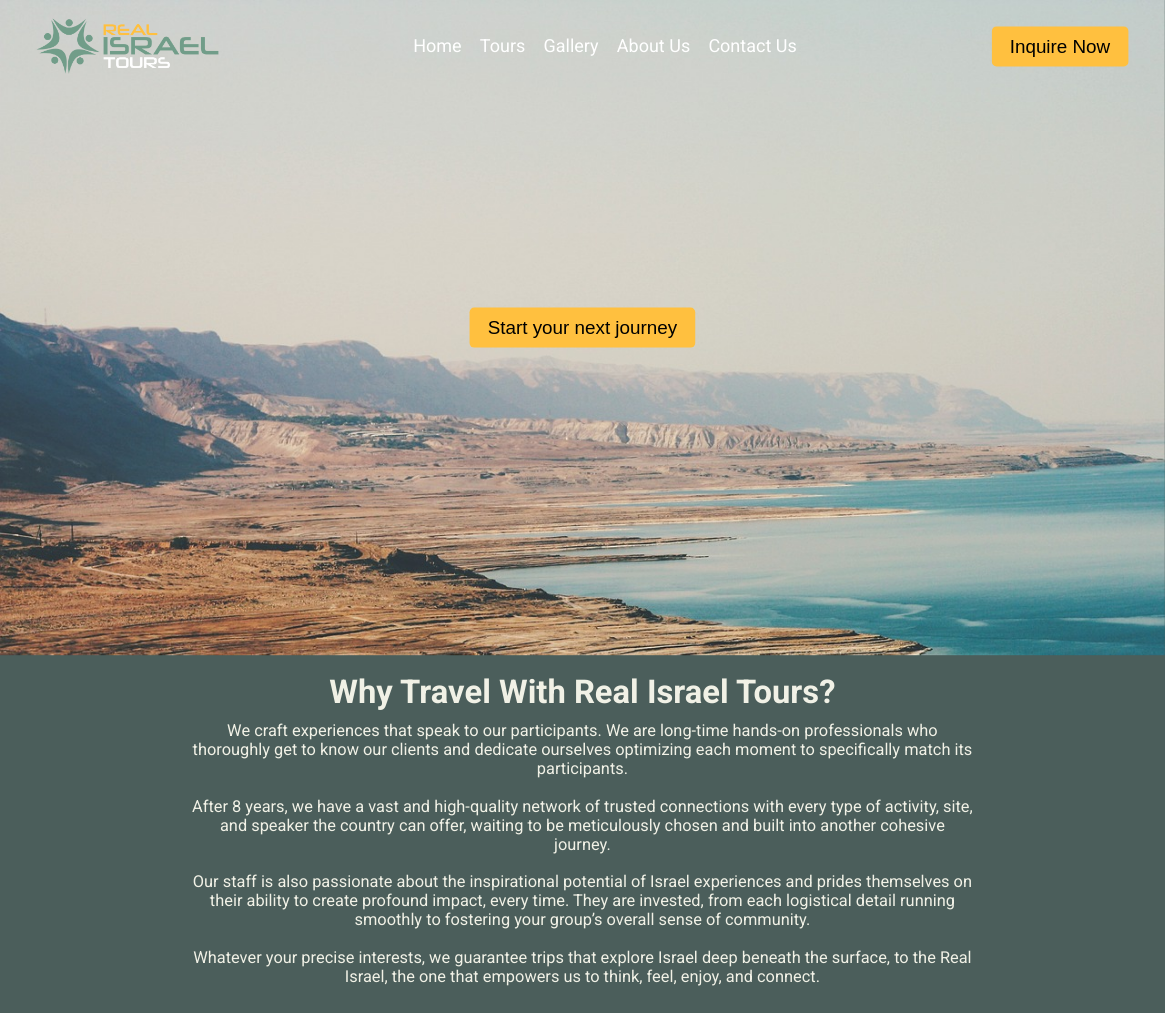
Repository: Pafestivo/realIsraelTours
Page: / (app in frontend/)
An editor plug-in stored every save of this project. The page is shown before and after the next save, followed by the edit.
The browser window is 1280 px wide. The pictures show the whole page, at 91% of full size.
The project was rebuilt for these pictures with package versions that can differ from the ones it lists, and the page was loaded fresh each time. The framework's server and built-in components were replaced by stand-ins that run in the browser. Also part of the build but not shown: frontend/next.config.js.

Above is the page before, as saved 2023-09-19 22:56:36.

### frontend/src/app/layout.tsx
import type { Metadata } from "next";
import "@/styles/globals.css";
import { roboto } from "@/app/fonts";

export const metadata: Metadata = {
  title: "Real Israel Tours",
  description: "Plan your next tour",
};

export default function RootLayout({
  children,
}: {
  children: React.ReactNode;
}) {
  return (
    <html lang="en">
      <body className={roboto.className}>{children}</body>
    </html>
  );
}

### frontend/src/app/page.tsx
import Header from "@/components/Header";
import "@/styles/homePage.css";

export default function Home() {
  return (
    <div>
      <Header />
      <div className="cta-div">
        <button>Start your next journey</button>
      </div>
      <div className="pageContainer">
        <h1>Why Travel With Real Israel Tours?</h1>
        <div className="info-block">
          We craft experiences that speak to our participants. We are long-time
          hands-on professionals who thoroughly get to know our clients and
          dedicate ourselves optimizing each moment to specifically match its
          participants.
        </div>
        <div className="info-block">
          After 8 years, we have a vast and high-quality network of trusted
          connections with every type of activity, site, and speaker the country
          can offer, waiting to be meticulously chosen and built into another
          cohesive journey.
        </div>
        <div className="info-block">
          Our staff is also passionate about the inspirational potential of
          Israel experiences and prides themselves on their ability to create
          profound impact, every time. They are invested, from each logistical
          detail running smoothly to fostering your group’s overall sense of
          community.
        </div>
        <div className="info-block">
          Whatever your precise interests, we guarantee trips that explore
          Israel deep beneath the surface, to the Real Israel, the one that
          empowers us to think, feel, enjoy, and connect.
        </div>
      </div>
    </div>
  );
}

### frontend/src/styles/globals.css
:root {
  --main-bg-color: #4b5e5b;
  --main-title-color: #F1F1E6;
  --main-text-color: #F1F1E6;
  --accent-orange: #ffc03f;
}

* {
  padding: 0;
  margin: 0;
  box-sizing: border-box;
}

body {
  font-size: 18px;
  background-color: var(--main-bg-color);
}

a {
  color: inherit;
  text-decoration: none;
}

.mobile-only {
  display: none;
}

.desktop-only {
  display: block;
}

@media screen and (max-width: 768px) {
  .mobile-only {
    display: block;
  }

  .desktop-only {
    display: none;
  }
}

### frontend/src/app/fonts.tsx
import { Inter, Merriweather, Roboto } from "next/font/google";

export const inter = Inter({ subsets: ["latin"] });

export const merriweather = Merriweather({
  weight: ["400", "700"],
  style: ["normal", "italic"],
  subsets: ["latin"],
  display: "swap",
});

export const roboto = Roboto({
  weight: ["400", "700"],
  style: ["normal", "italic"],
  subsets: ["latin"],
  display: "swap",
});

// export const Mooli = Mooli({
//   weight: ["400", "700"],
//   style: ["normal", "italic"],
//   subsets: ["latin"],
//   display: "swap",
// });

### frontend/src/components/Header.tsx
"use client";
import React, { useEffect, useState } from "react";
import Image from "next/image";
import logo from "@/assets/logo.png";
import "@/styles/header.css";
import Link from "next/link";

const Header = () => {
  const [isMenuOpen, setMenuOpen] = useState(false);
  const [isScrolled, setIsScrolled] = useState(false);

  const toggleMenu = () => {
    setMenuOpen(!isMenuOpen);
  };

  useEffect(() => {
    const handleScroll = () => {
      setIsScrolled(window.scrollY > 100);
    };

    window.addEventListener("scroll", handleScroll);

    return () => {
      window.removeEventListener("scroll", handleScroll);
    };
  }, []);

  return (
    <div className={`header ${isScrolled ? "" : "transparent"}`}>
      <Image className="headerLogo" src={logo} alt="logo" />
      <div className={`navbar ${isMenuOpen ? "open" : ""}`}>
        <button onClick={toggleMenu} className="close-button">
          ✕
        </button>{" "}
        <Link href="/">Home</Link>
        <Link href="/">Tours</Link>
        <Link href="/">Gallery</Link>
        <Link href="/">About Us</Link>
        <Link href="/">Contact Us</Link>
        <button className="inquire mobile-only">Inquire Now</button>
      </div>
      <button onClick={toggleMenu} className="hamburger">
        ☰
      </button>
      <button className="inquire desktop-only">Inquire Now</button>
    </div>
  );
};

export default Header;

### frontend/src/styles/homePage.css
.pageContainer {
  display: flex;
  flex-direction: column;
  justify-content: center;
  margin: 0 auto;
  padding: 20px 120px;
  max-width: 1100px;
  text-align: center;
  color: var(--main-text-color);
}

.cta-div {
  height: 100vh;
  display: flex;
  background-image: url('../assets/dead-sea.jpg');
  justify-content: center;
  align-items: center;
}

h1 {
  color: var(--main-title-color);
}

.info-block {
  margin: 10px 0;
}

@media screen and (max-width: 768px) {
  .pageContainer {
    padding: 20px 10px;
  }
}

### frontend/src/styles/header.css
.header {
  position: fixed;
  width: 100vw;
  display: flex;
  justify-content: space-between;
  align-items: center;
  background-color: rgba(0, 0, 0, 0.7);
  transition: background-color 0.3s ease;
  padding: 20px 40px;
  z-index: 1000;
}

.header.transparent {
  background-color: rgba(0, 0, 0, 0);
}

.headerLogo {
  width: 200px;
  height: auto;
}

.navbar {
  display: flex;
  font-size: 1.1em;
  color: white;
  justify-content: space-around;
  align-items: center;
  column-gap: 20px;
}

button {
  background-color: var(--accent-orange);
  border: none;
  font-size: 1.15em;
  padding: 10px 20px;
  cursor: pointer;
  border-radius: 5px;
}

.hamburger {
  display: none;
}

.close-button {
  font-size: 1.5em;  /* Increase size for tap-ability */
  background: none;
  border: none;
  color: white;  /* Make it the same color as the text for harmony */
  cursor: pointer;
  position: absolute;  /* Absolute position within the navbar */
  top: 15px;  /* Position from the top */
  right: 15px;  /* Position from the right */
  padding: 5px;  /* A little padding to make it more tap-able */
  z-index: 10;  /* Just in case, to make it appear above all other items */
}

@media screen and (min-width: 769px) {
  .close-button {
    display: none;
  }
}

@media screen and (max-width: 768px) {
  .navbar {
    position: fixed;
    right: -100%;
    top: 0;
    bottom: 0;
    width: 100vw;
    font-size: 1.3em;
    flex-direction: column;
    background-color: rgba(255, 192, 63, 0.9);
    color: black;
    transition: right 0.3s ease-in-out;
    justify-content: flex-start;
    align-items: center;
    row-gap: 20px;
    padding: 110px 0; /* Reduced right/left padding */
    font-size: 1.4em; /* Increased font size for better readability */
    background-color: #333;  /* Darker background */
    color: white; /* Keep text color white for contrast */
    row-gap: 30px; /* Increased gap between rows for breathing space */
  }

  /* Adding a hover effect to indicate interactivity */
  .navbar a:hover,
  .navbar button:hover {
    color: var(--accent-orange); /* Add your own accent color */
  }

  .navbar.open {
    right: 0;
  }

  .hamburger {
    display: block;
  }
}

/* Media query for very large screens */
@media screen and (min-width: 1440px) {
  .navbar {
    font-size: 1.5em;
  }

  button {
    font-size: 1.5em;
  }
}

After the next save:
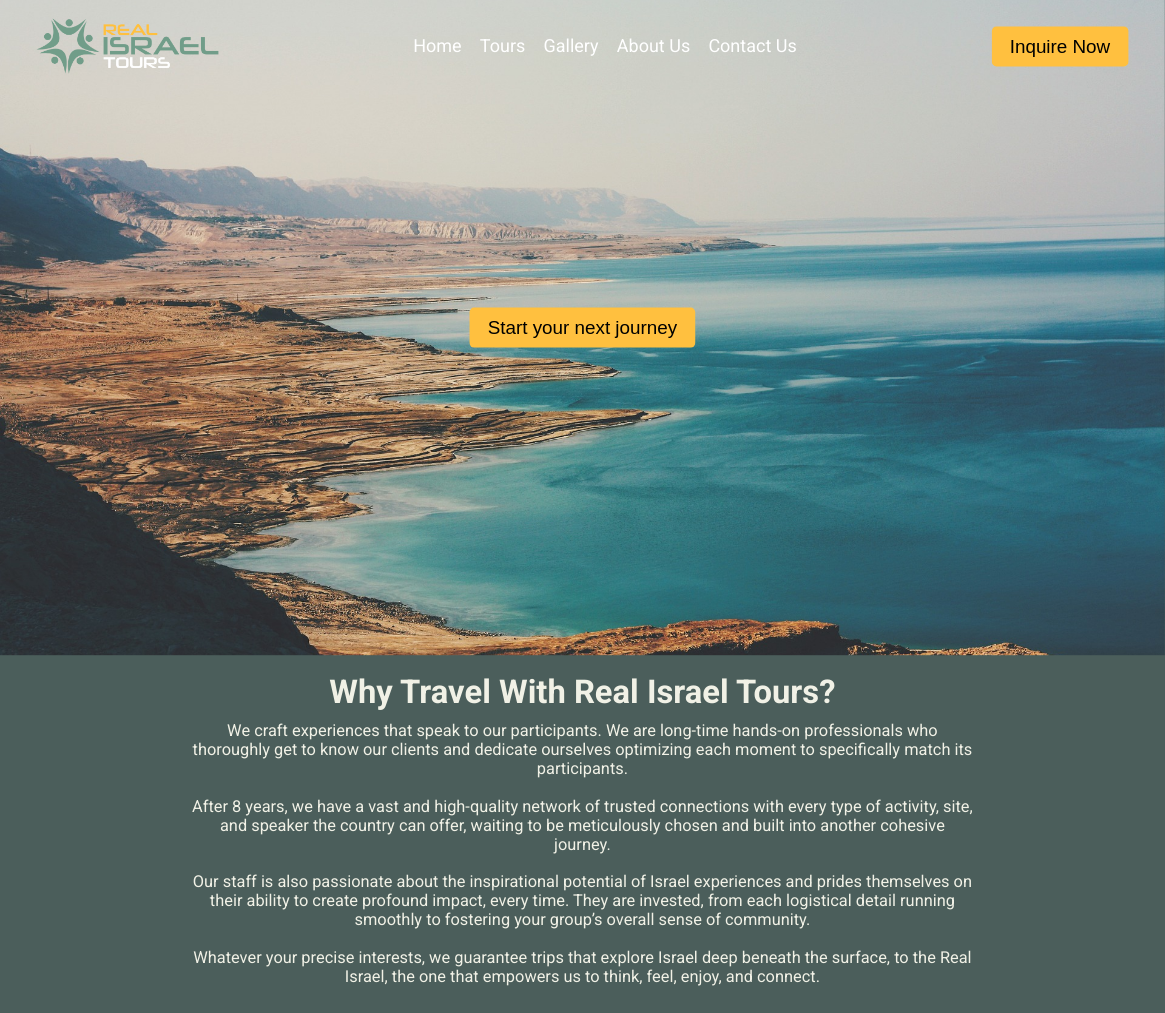
Saved 85 s later.
--- a/frontend/src/styles/homePage.css
+++ b/frontend/src/styles/homePage.css
@@ -13,6 +13,9 @@
   height: 100vh;
   display: flex;
   background-image: url('../assets/dead-sea.jpg');
+  background-size: cover;  /* Cover the entire container */
+  background-position: center;  /* Center the background image */
+  background-repeat: no-repeat;  /* Do not repeat the image */
   justify-content: center;
   align-items: center;
 }
